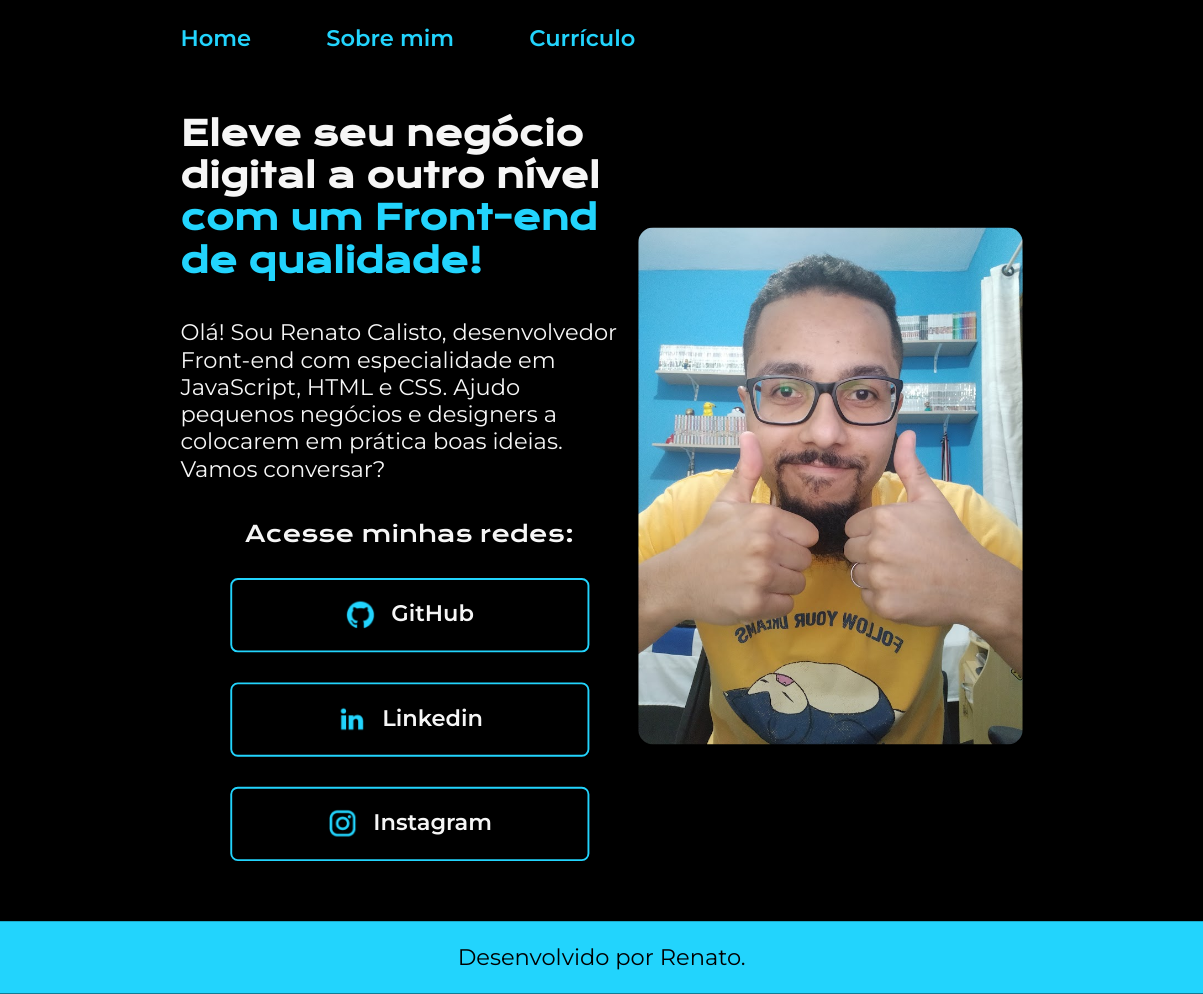
Repository: RenatoCCS/Portfolio_Alura
Page: index.html
These files come from the project's save history. The page is drawn as it stood at one moment and after the next save; the edit follows.
The browser window is 1280 px wide. The pictures show the whole page, at 94% of full size.

Above is the page before, as saved 2023-03-13 20:18:01.

### index.html
<!DOCTYPE html>
<html lang="pt-br">
  <head>
    <meta charset="UTF-8" />
    <meta http-equiv="X-UA-Compatible" content="IE=edge" />
    <meta name="viewport" content="width=device-width, initial-scale=1.0" />
    <title>Portfolio</title>
    <link rel="stylesheet" href="./styles/style.css" />
  </head>
  <body>
    <header class="cabecalho">
      <nav class="cabecalho__menu">
        <a class="cabecalho__menu__link" href="index.html">Home</a>
        <a class="cabecalho__menu__link" href="about.html">Sobre mim</a>
        <a class="cabecalho__menu__link" href="curriculo.html">Currículo</a>
      </nav>
    </header>
    <main class="apresentacao">
      <section class="apresentacao__conteudo">
        <h1 class="apresentacao__conteudo__titulo">
          Eleve seu negócio digital a outro nível
          <strong class="titulo-destaque">
            com um Front-end de qualidade!
          </strong>
        </h1>
        <p class="apresentacao__conteudo__texto">
          Olá! Sou Renato Calisto, desenvolvedor Front-end com especialidade em
          JavaScript, HTML e CSS. Ajudo pequenos negócios e designers a
          colocarem em prática boas ideias. Vamos conversar?
        </p>
        <div class="apresentacao__links">
          <h2 class="apresentacao__links__subtitulo">Acesse minhas redes:</h2>

          <a
            class="apresentacao__links__link"
            href="https://github.com/RenatoCCS"
          >
            <img src="./assets/github.png" alt="Icone do github" />
            GitHub
          </a>

          <a
            class="apresentacao__links__link"
            href="https://www.linkedin.com/in/renatocalisto/"
          >
            <img src="./assets/linkedin.png" alt="Icone do linkedin" />
            Linkedin
          </a>

          <a
            class="apresentacao__links__link"
            href="https://www.instagram.com/reevoltz/"
          >
            <img src="./assets/instagram.png" alt="Icone do instagram" />
            Instagram
          </a>
        </div>
      </section>
      <img
        class="apresentacao__imagem"
        src="./assets/renato.jpg"
        alt="Renato fazendo sinal de positivo com ambas as mãos"
      />
    </main>
    <footer class="rodape"><p>Desenvolvido por Renato.</p></footer>
  </body>
</html>

### styles/style.css
@import url('https://fonts.googleapis.com/css2?family=Krona+One&family=Montserrat:wght@400;600&display=swap');

:root {
  --cor-primaria: #000000;
  --cor-secundaria: #f6f6f6;
  --cor-terciaria: #22d4fd;
  --cor-hover: #272727;

  --fonte-primaria: 'Krona One', sans-serif;
  --fonte-secundaria: 'Montserrat', sans-serif;
}

* {
  margin: 0;
  padding: 0;
}

body {
  /* height: 100vh; */
  box-sizing: border-box;
  background-color: var(--cor-primaria);
  color: var(--cor-secundaria);
}

.cabecalho {
  padding: 2% 0% 0% 15%;
}

.cabecalho__menu {
  display: flex;
  gap: 80px;
}

.cabecalho__menu__link {
  font-family: var(--fonte-secundaria);
  font-size: 1.5rem;
  font-weight: 600;
  color: var(--cor-terciaria);
  text-decoration: none;
}

.apresentacao {
  padding: 5% 15%;
  display: flex;
  align-items: center;
  justify-content: space-between;
}

.apresentacao__conteudo {
  width: 615px;
  display: flex;
  flex-direction: column;
  gap: 40px;
}

.apresentacao__conteudo__titulo {
  font-size: 2.25rem;
  font-family: var(--fonte-primaria);
}

.titulo-destaque {
  color: var(--cor-terciaria);
}

.apresentacao__conteudo__texto {
  font-size: 1.5rem;
  font-family: var(--fonte-secundaria);
}

.apresentacao__conteudo__texto a {
  text-decoration: none;
  color: var(--cor-terciaria);
}

.apresentacao__links {
  display: flex;
  flex-direction: column;
  justify-content: space-between;
  align-items: center;
  gap: 32px;
}

.apresentacao__links__subtitulo {
  font-family: var(--fonte-primaria);
  font-weight: 400;
  font-size: 24px;
}

.apresentacao__links__link {
  /* background-color: #22d4fd; foi trocado o estilo*/
  display: flex;
  justify-content: center;
  gap: 16px;
  border: 2px solid var(--cor-terciaria);
  width: 378px;
  text-align: center;
  border-radius: 8px;
  font-size: 1.5rem;
  font-weight: 600;
  padding: 21.5px 0;
  text-decoration: none;
  color: var(--cor-secundaria);
  font-family: var(--fonte-secundaria);
}

.apresentacao__links__link:hover {
  background-color: var(--cor-hover);
}

/*Utilizei minha foto e fui adaptando de acordo com o tamanho da outra foto*/
.apresentacao__imagem {
  height: 550px;
  width: 490px;
  left: 1032px;
  top: 253px;
  border-radius: 16px;
}

.rodape {
  padding: 24px;
  color: var(--cor-primaria);
  background-color: var(--cor-terciaria);
  text-align: center;
  font-family: var(--fonte-secundaria);
  font-size: 1.5rem;
  font-weight: 400;
}

After the next save:
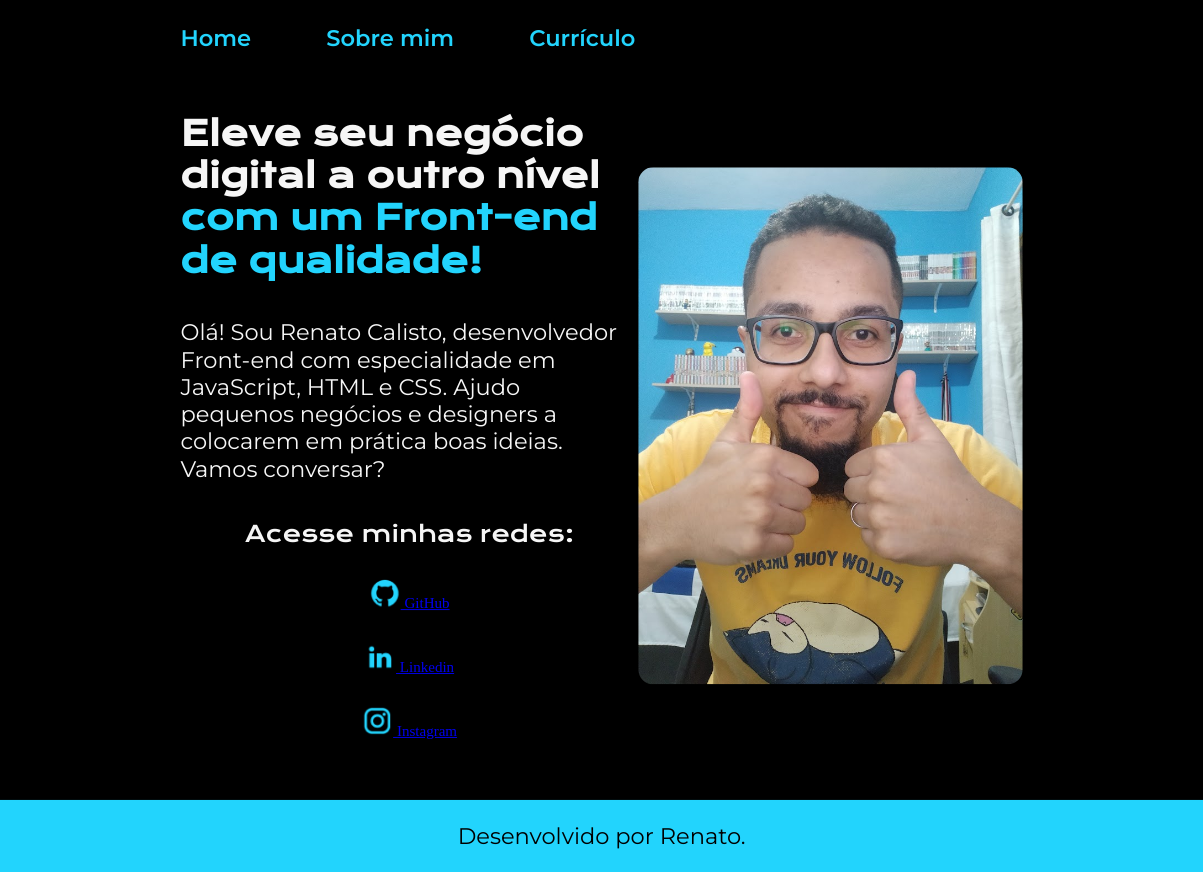
Saved 5 min 52 s later.
--- a/index.html
+++ b/index.html
@@ -32,7 +32,7 @@
           <h2 class="apresentacao__links__subtitulo">Acesse minhas redes:</h2>
 
           <a
-            class="apresentacao__links__link"
+            class="apresentacao__links__navegacao"
             href="https://github.com/RenatoCCS"
           >
             <img src="./assets/github.png" alt="Icone do github" />
@@ -40,7 +40,7 @@
           </a>
 
           <a
-            class="apresentacao__links__link"
+            class="apresentacao__links__navegacao"
             href="https://www.linkedin.com/in/renatocalisto/"
           >
             <img src="./assets/linkedin.png" alt="Icone do linkedin" />
@@ -48,7 +48,7 @@
           </a>
 
           <a
-            class="apresentacao__links__link"
+            class="apresentacao__links__navegacao"
             href="https://www.instagram.com/reevoltz/"
           >
             <img src="./assets/instagram.png" alt="Icone do instagram" />

After the save that followed:
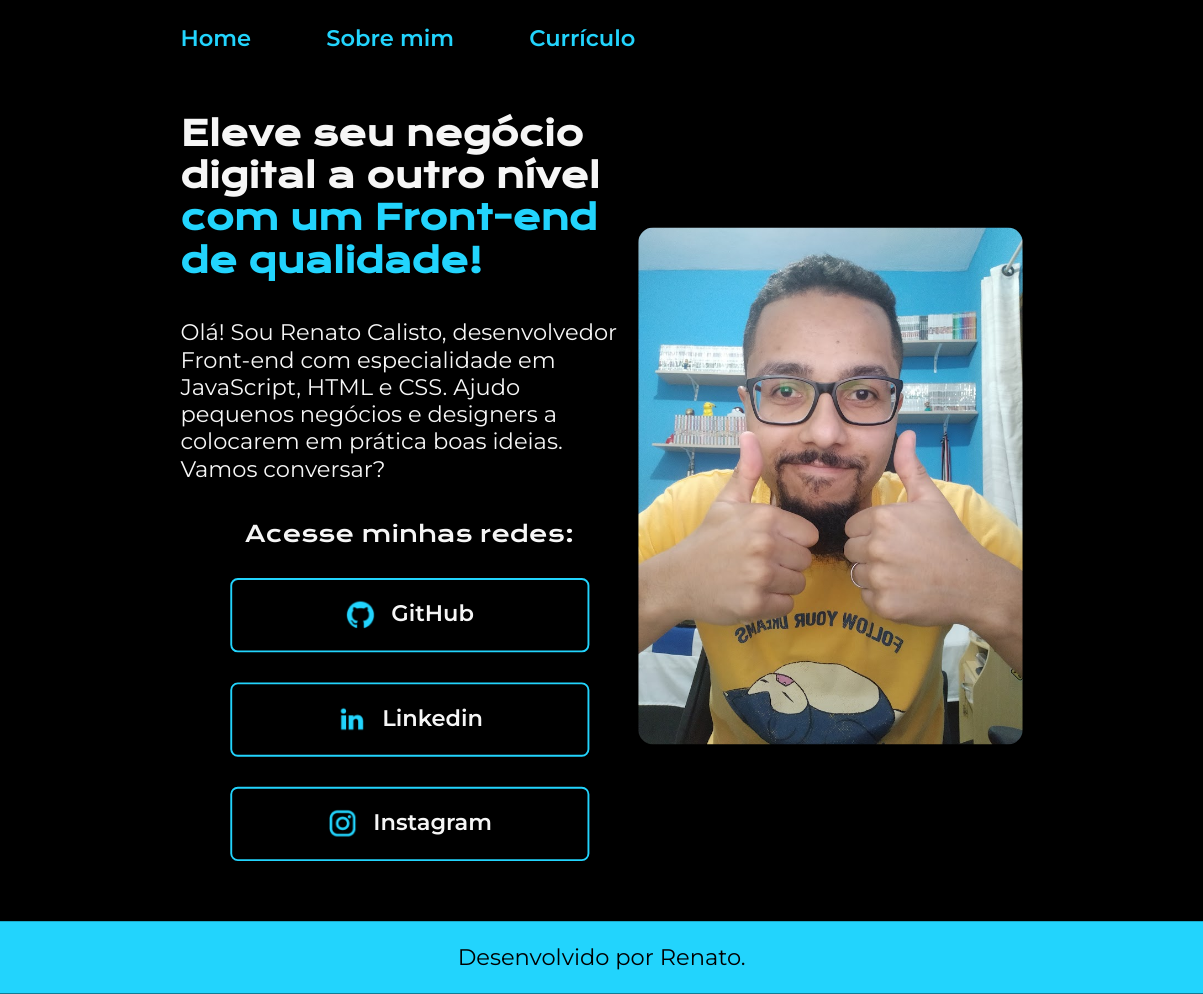
Saved 36 s later.
--- a/styles/style.css
+++ b/styles/style.css
@@ -86,7 +86,7 @@ body {
   font-size: 24px;
 }
 
-.apresentacao__links__link {
+.apresentacao__links__navegacao {
   /* background-color: #22d4fd; foi trocado o estilo*/
   display: flex;
   justify-content: center;
@@ -103,7 +103,7 @@ body {
   font-family: var(--fonte-secundaria);
 }
 
-.apresentacao__links__link:hover {
+.apresentacao__links__navegacao:hover {
   background-color: var(--cor-hover);
 }
 
